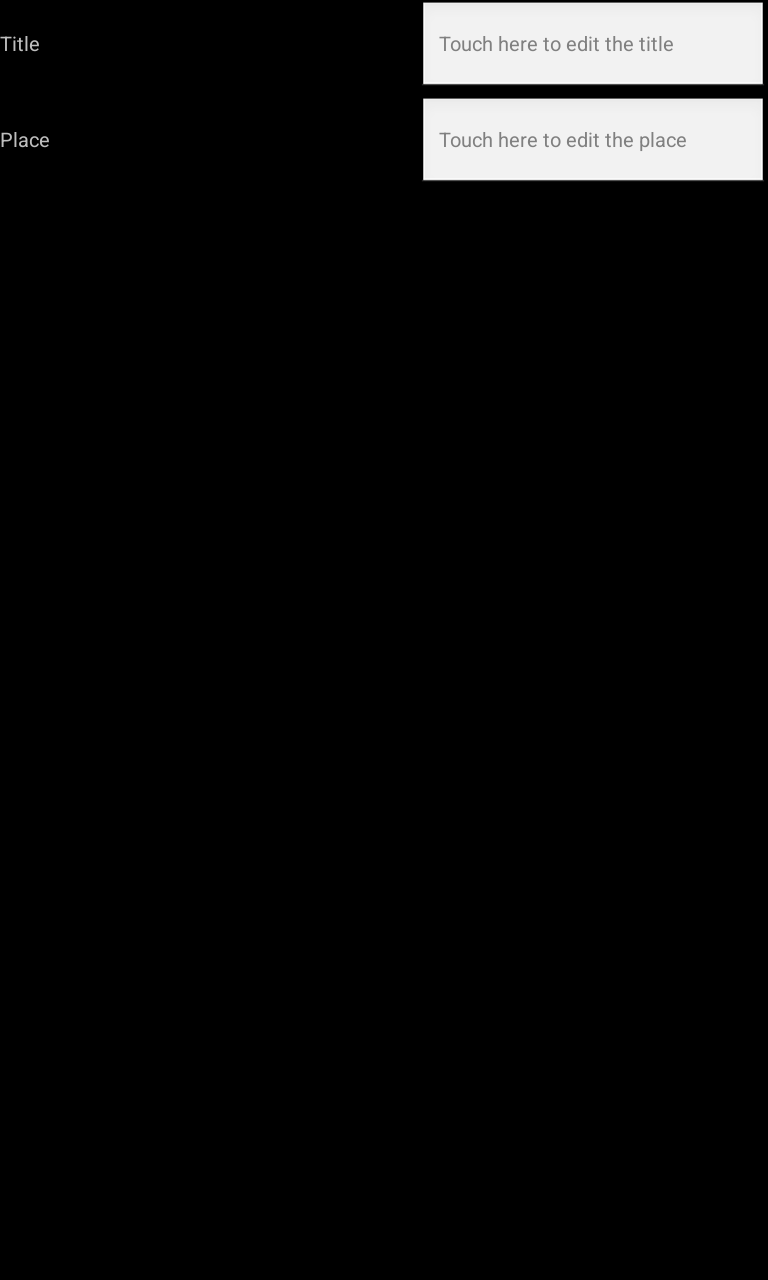
Repository: hilfialkaff/todo
Layout: ToDo_Replica/res/layout/add.xml
These files come from the project's save history. The layout is drawn as it stood at one moment and after the next save; the edit follows.
It is drawn on a 768 x 1280 px phone screen (xhdpi) without system bars, with theme CustomTheme; the app's code is not run.

Above is the layout before, as saved 2011-03-18 01:06:50.

### ToDo_Replica/res/layout/add.xml
<?xml version="1.0" encoding="utf-8"?>
<LinearLayout xmlns:android="http://schemas.android.com/apk/res/android"
    android:layout_width="fill_parent"
    android:layout_height="fill_parent">
<TableLayout
	android:id="@+id/tl_add"
	android:layout_width="fill_parent"
	android:layout_height="wrap_content"
	android:stretchColumns="0">
	<TableRow
		android:id="@+id/tr_title"
		android:layout_width="fill_parent"
		android:layout_height="wrap_content">
		<TextView
			android:id="@+id/tv_title"
			android:layout_width="wrap_content"
			android:layout_height="wrap_content"
			android:text="Title"
			android:textSize="20px">
		</TextView>
		<EditText
			android:id="@+id/et_title"
			android:layout_width="350px"
			android:layout_height="wrap_content"
			android:hint="Touch here to edit the title"
			android:textSize="20px">
		</EditText>
	</TableRow>
	<TableRow
		android:id="@+id/tr_place"
		android:layout_width="fill_parent"
		android:layout_height="wrap_content">
		<TextView
			android:id="@+id/tv_place"
			android:layout_width="wrap_content"
			android:layout_height="wrap_content"
			android:text="Place"
			android:textSize="20px">
		</TextView>
		<EditText
			android:id="@+id/et_place"
			android:layout_width="350px"
			android:layout_height="wrap_content"
			android:hint="Touch here to edit the place"
			android:textSize="20px">
		</EditText>
	</TableRow>
</TableLayout>
</LinearLayout>

### ToDo_Replica/res/values/custom_style.xml
<?xml version="1.0" encoding="UTF-8"?>
<resources>
    <style name="CustomWindowTitleBackground" parent="android:WindowTitleBackground">
        <item name="android:background">@android:color/transparent</item>
    </style>
    <style name="CustomTheme" parent="android:Theme">
        <item name="android:windowTitleSize">50px</item>
        <item name="android:windowTitleBackgroundStyle">@style/CustomWindowTitleBackground</item>
    </style>
</resources>

After the next save:
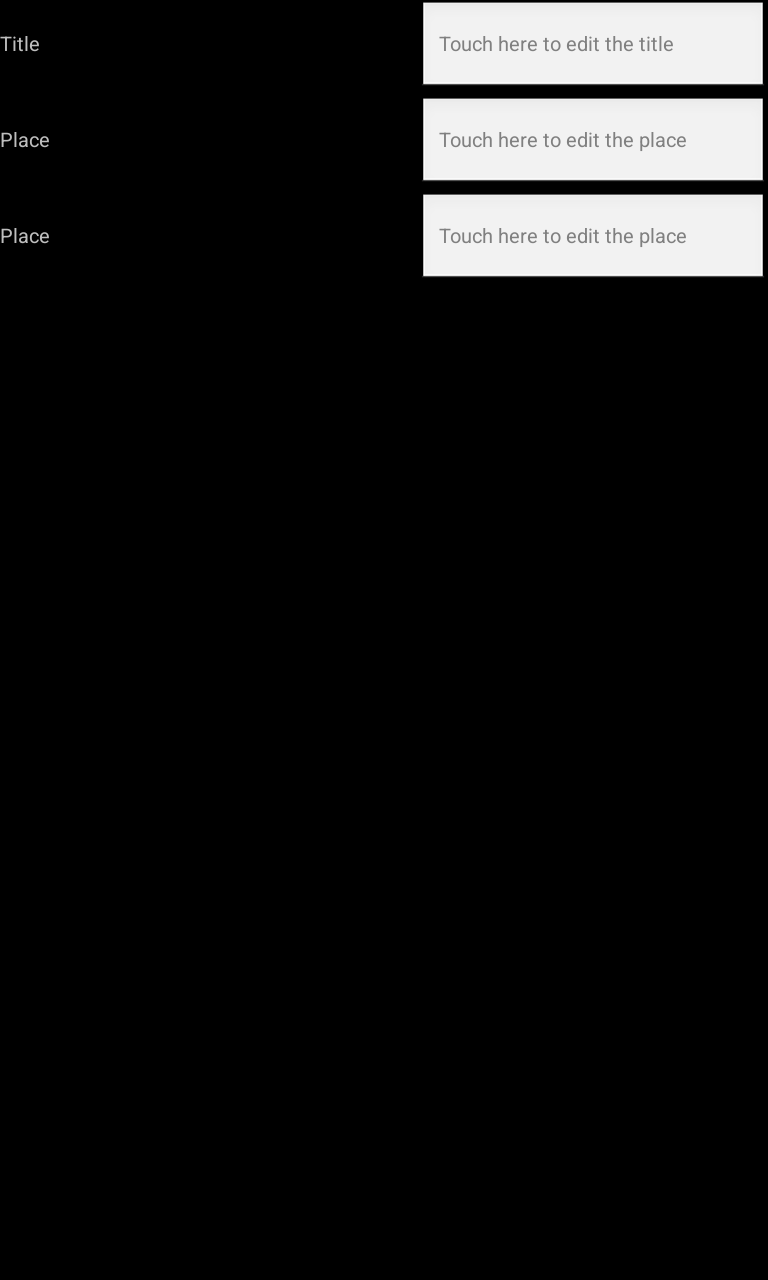
Saved 112 s later.
--- a/ToDo_Replica/res/layout/add.xml
+++ b/ToDo_Replica/res/layout/add.xml
@@ -45,5 +45,24 @@
 			android:textSize="20px">
 		</EditText>
 	</TableRow>
+	<TableRow
+		android:id="@+id/tr_place"
+		android:layout_width="fill_parent"
+		android:layout_height="wrap_content">
+		<TextView
+			android:id="@+id/tv_place"
+			android:layout_width="wrap_content"
+			android:layout_height="wrap_content"
+			android:text="Place"
+			android:textSize="20px">
+		</TextView>
+		<EditText
+			android:id="@+id/et_place"
+			android:layout_width="350px"
+			android:layout_height="wrap_content"
+			android:hint="Touch here to edit the place"
+			android:textSize="20px">
+		</EditText>
+	</TableRow>
 </TableLayout>
 </LinearLayout>
